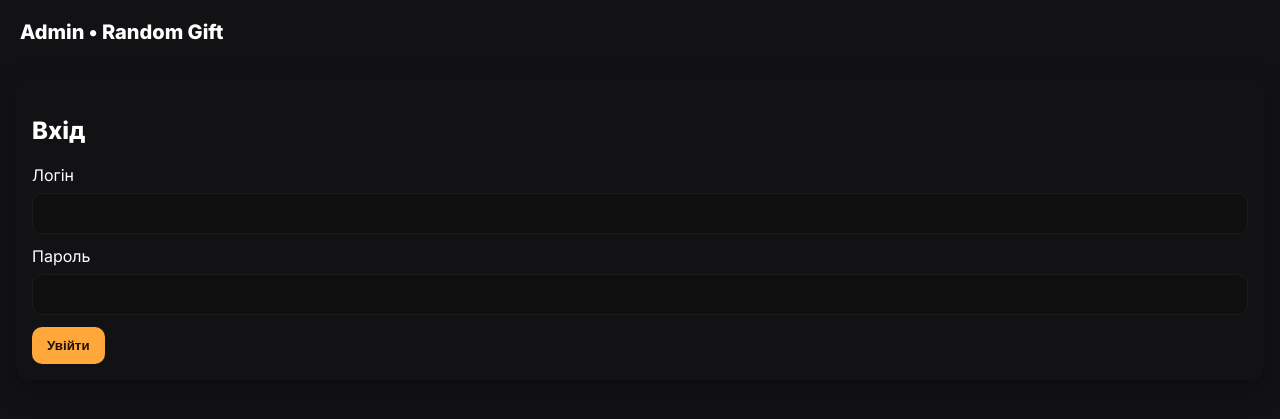
Repository: torunok/random-gift-roman
Page: docs/admin.html
An editor plug-in stored every save of this project. The page is shown before and after the next save, followed by the edit.
The browser window is 1280 px wide. The pictures show the whole page.

Above is the page before, as saved 2025-11-10 19:02:21.

### docs/admin.html
<!DOCTYPE html>
<html lang="uk">
  <head>
    <meta charset="utf-8" />
    <meta name="viewport" content="width=device-width, initial-scale=1" />
    <title>Admin • Random Gift</title>
    <link rel="preconnect" href="https://fonts.googleapis.com" />
    <link rel="preconnect" href="https://fonts.gstatic.com" crossorigin />
    <link href="https://fonts.googleapis.com/css2?family=Inter:wght@400;600;800&display=swap" rel="stylesheet" />
    <link rel="stylesheet" href="./styles.css" />
  </head>
  <body>
    <div class="admin">
      <header class="header header--admin">
        <h1>Admin • Random Gift</h1>
      </header>

      <main class="admin-main">
        <!-- Вхід -->
        <section id="loginView" class="card">
          <h2>Вхід</h2>
          <label class="field">
            <span>Логін</span>
            <input id="admUser" type="text" />
          </label>
          <label class="field">
            <span>Пароль</span>
            <input id="admPass" type="password" />
          </label>
          <div class="actions">
            <button id="btnLogin" class="btn btn-primary">Увійти</button>
          </div>
          <div id="loginMsg" class="msg"></div>
        </section>

        <!-- Панель адміністратора -->
        <section id="adminView" class="hidden">
          <div class="admin-tabs">
            <button data-tab="gifts" class="tab active">Подарунки</button>
            <button data-tab="participants" class="tab">Учасники</button>
          </div>

          <!-- Вкладка подарунків -->
          <div id="tab-gifts" class="tabpane active">
            <div class="card">
              <h2>Список подарунків</h2>
              <div class="actions">
                <button id="btnReloadGifts" class="btn btn-ghost">Оновити</button>
                <button id="btnNewGift" class="btn btn-primary">Додати</button>
              </div>
              <div class="table-wrap">
                <table class="table" id="giftsTable">
                  <thead>
                    <tr>
                      <th>ID</th>
                      <th>Назва</th>
                      <th>Активний</th>
                      <th>Дії</th>
                    </tr>
                  </thead>
                  <tbody></tbody>
                </table>
              </div>
            </div>

            <div class="card" id="giftFormWrap" style="display: none"></div>
          </div>

          <!-- Вкладка учасників -->
          <div id="tab-participants" class="tabpane">
            <div class="card">
              <h2>Учасники</h2>
              <div class="actions">
                <button id="btnReloadParticipants" class="btn btn-ghost">Оновити</button>
              </div>
              <div class="table-wrap">
                <table class="table" id="participantsTable">
                  <thead>
                    <tr>
                      <th>ID</th>
                      <th>Ім’я</th>
                      <th>Email</th>
                      <th>Дата</th>
                    </tr>
                  </thead>
                  <tbody></tbody>
                </table>
              </div>
            </div>
          </div>
        </section>
      </main>
    </div>

    <script src="./admin.js"></script>
  </body>
</html>

### docs/styles.css
:root {
    --bg: #0B0B0C;
    --fg: #FFFFFF;
    --muted: #A1A1AA;
    --accent: #FF9F2E;
    --accent-2: #6C9CFF;
    --panel: #121214;
    --border: #1E1E22;
    --panel-2: #0F0F10;

    --radius: 14px;
    --radius-sm: 10px;

    --eio: cubic-bezier(.2, .8, .2, 1);
    /* швидкий старт, сповільнення в кінці */
}

* {
    box-sizing: border-box;
}

html,
body {
    margin: 0;
    padding: 0;
    background: #121214;
    color: var(--fg);
    font-family: Inter, system-ui, -apple-system, Segoe UI, Roboto, Ubuntu, "Helvetica Neue", Arial, sans-serif;
    -webkit-font-smoothing: antialiased;
    -moz-osx-font-smoothing: grayscale;
}

a {
    color: var(--accent-2);
    text-decoration: none;
}

a:hover {
    text-decoration: underline;
}

/* ====== Layout ====== */
.header {
    padding: 20px;
    display: flex;
    justify-content: center;
}

.header h1 {
    font-size: 20px;
    font-weight: 800;
    margin: 0;
}

.header--admin {
    justify-content: flex-start;
}

.main {
    display: flex;
    justify-content: center;
    align-items: center;
    min-height: 60vh;
    padding: 20px;
}

.stage {
    width: min(980px, 94vw);
    min-height: 420px;
    border-radius: var(--radius);
    background: var(--panel);
    padding: 24px;
    position: relative;
    overflow: hidden;
    box-shadow: 0 10px 40px rgba(0, 0, 0, .35);
}

/* ====== Footer ====== */
.footer {
    padding: 20px;
    text-align: center;
    color: var(--muted);
}

/* ====== Modal ====== */
.modal {
    position: fixed;
    inset: 0;
    background: rgba(0, 0, 0, .65);
    display: flex;
    align-items: center;
    justify-content: center;
    z-index: 50;
}

.modal[aria-hidden="true"] {
    display: none;
}

.modal-content {
    background: var(--panel);
    width: min(640px, 94vw);
    padding: 24px;
    border-radius: var(--radius);
    box-shadow: 0 18px 60px rgba(0, 0, 0, .55);
    animation: scale-in .45s var(--eio) forwards;
}

/* ====== Form fields ====== */
.field {
    display: flex;
    flex-direction: column;
    gap: 8px;
    margin: 12px 0;
}

.field input,
.field textarea {
    background: var(--panel-2);
    border: 1px solid var(--border);
    color: var(--fg);
    border-radius: var(--radius-sm);
    padding: 12px;
    outline: none;
    transition: border-color .2s var(--eio), box-shadow .2s var(--eio);
}

.field input:focus,
.field textarea:focus {
    border-color: #2E2E33;
    box-shadow: 0 0 0 4px rgba(108, 156, 255, .12);
}

.check {
    display: flex;
    align-items: center;
    gap: 8px;
    margin: 12px 0;
    color: var(--muted);
}

.actions {
    display: flex;
    gap: 12px;
    margin-top: 12px;
    flex-wrap: wrap;
}

/* ====== Buttons ====== */
.btn {
    appearance: none;
    border: 1px solid transparent;
    padding: 10px 14px;
    border-radius: var(--radius-sm);
    font-weight: 700;
    cursor: pointer;
    transition: transform .12s var(--eio), box-shadow .2s var(--eio), background .2s var(--eio), border-color .2s var(--eio);
}

.btn:hover {
    transform: translateY(-1px);
}

.btn:active {
    transform: translateY(0);
}

.btn:disabled {
    opacity: .5;
    cursor: not-allowed;
}

.btn-primary {
    background: var(--accent);
    color: #1b1205;
}

.btn-primary:hover {
    box-shadow: 0 6px 18px rgba(255, 159, 46, .35);
}

.btn-ghost {
    background: transparent;
    border-color: #2a2a2d;
    color: var(--fg);
}

.btn-ghost:hover {
    border-color: #3A3A3F;
    box-shadow: 0 4px 16px rgba(0, 0, 0, .2);
}

.btn-danger {
    background: #FF5A5A;
    color: #1b0e0e;
}

.btn-danger:hover {
    box-shadow: 0 6px 18px rgba(255, 90, 90, .35);
}

/* ====== Cards & Tables ====== */
.card {
    background: var(--panel);
    padding: 16px;
    border-radius: 12px;
    box-shadow: 0 8px 30px rgba(0, 0, 0, .3);
    margin-bottom: 16px;
}

.table-wrap {
    width: 100%;
    overflow-x: auto;
}

.table {
    width: 100%;
    border-collapse: collapse;
    min-width: 640px;
}

.table th,
.table td {
    border-bottom: 1px solid var(--border);
    padding: 10px;
    text-align: left;
    white-space: nowrap;
}

.td-actions {
    display: flex;
    gap: 8px;
}

/* ====== Helpers ====== */
.hidden {
    display: none;
}

.row {
    display: flex;
    gap: 12px;
    align-items: center;
    margin: 8px 0;
    flex-wrap: wrap;
}

.center {
    display: flex;
    align-items: center;
    justify-content: center;
}

/* ====== Анімації ====== */
.fade-in {
    animation: fade-in .38s var(--eio) forwards;
}

@keyframes fade-in {
    from {
        opacity: 0
    }

    to {
        opacity: 1
    }
}

.slide-left {
    animation: slide-left .44s var(--eio) forwards;
}

@keyframes slide-left {
    from {
        opacity: 0;
        transform: translateX(-28px)
    }

    to {
        opacity: 1;
        transform: none
    }
}

.slide-right {
    animation: slide-right .44s var(--eio) forwards;
}

@keyframes slide-right {
    from {
        opacity: 0;
        transform: translateX(28px)
    }

    to {
        opacity: 1;
        transform: none
    }
}

.scale-in {
    animation: scale-in .42s var(--eio) forwards;
}

@keyframes scale-in {
    from {
        opacity: 0;
        transform: scale(.92)
    }

    to {
        opacity: 1;
        transform: scale(1)
    }
}

/* плавніше затемнення/оверлей */
.ease-slow {
    animation-timing-function: var(--eio);
}

/* ====== Спец екрани ====== */
.full-black {
    position: absolute;
    inset: 0;
    background: #000;
    display: flex;
    align-items: center;
    justify-content: center;
    color: #fff;
    font-size: 28px;
}

/* ====== Контентні блоки ====== */
.gift-wrap {
    display: flex;
    gap: 20px;
    align-items: center;
    justify-content: center;
    flex-wrap: wrap;
}

.gift-img {
    max-width: min(60vw, 480px);
    border-radius: 12px;
    box-shadow: 0 10px 40px rgba(0, 0, 0, .6);
}

.gift-desc {
    max-width: 520px;
    background: #101012;
    border: 1px solid #202026;
    padding: 16px 20px;
    border-radius: 12px;
}

/* ====== Intro ====== */
.intro {
    display: flex;
    gap: 20px;
    align-items: center;
    justify-content: center;
    flex-wrap: wrap;
}

.intro .photo {
    width: 262px;
    height: 440px;
    border-radius: 16px;
    overflow: hidden;
}

.intro .photo img {
    width: 100%;
    height: 100%;
    object-fit: cover;
}

.intro .text {
    max-width: 560px;
}

/* ====== Admin layout (responsive) ====== */
.admin-main {
    padding: 16px;
}

.admin-tabs {
    display: flex;
    gap: 8px;
    margin-bottom: 12px;
    flex-wrap: wrap;
}

.tab {
    border: 1px solid var(--border);
    background: var(--panel-2);
    color: var(--fg);
    padding: 8px 12px;
    border-radius: 10px;
    cursor: pointer;
}

.tab.active {
    background: #18181B;
    border-color: #2A2A2F;
}

.btn-group {
    display: inline-flex;
    gap: 8px;
    flex-wrap: wrap;
}

/* ====== Mobile tweaks ====== */
@media (max-width: 640px) {
    .stage {
        padding: 16px;
    }

    .header h1 {
        font-size: 18px;
    }

    .gift-img {
        max-width: 100%;
    }

    .gift-desc {
        width: 100%;
    }

    .table {
        min-width: 560px;
    }

    .row {
        gap: 8px;
    }

    .btn {
        padding: 10px 12px;
    }
}

:root {
    --bg: #0B0B0C;
    --fg: #FFFFFF;
    --muted: #999;
    --accent: #FFA73B;
    --panel: #121214;
}


* {
    box-sizing: border-box
}

html,
body {
    margin: 0;
    padding: 0;
    background: #121214;
    color: var(--fg);
    font-family: Inter, system-ui, -apple-system, Segoe UI, Roboto, Ubuntu, "Helvetica Neue", Arial, sans-serif
}


.header {
    padding: 20px;
    display: flex;
    justify-content: center
}

.header h1 {
    font-size: 20px;
    font-weight: 800;
    margin: 0
}

.header--admin {
    justify-content: flex-start
}


.main {
    display: flex;
    justify-content: center;
    align-items: center;
    min-height: 60vh;
    padding: 20px
}


/* НОВЕ: локальна обгортка для модалки над stage */
.stage-wrap {
    position: relative;
    width: 100%;
    display: flex;
    justify-content: center;
}


.stage {
    width: min(980px, 94vw);
    min-height: 420px;
    border-radius: 16px;
    background: var(--panel);
    padding: 24px;
    position: relative;
    /* зберігаємо */
    overflow: hidden
}


.footer {
    position: fixed;
    bottom: 0;
    left: 0;
    width: 100%;
    padding: 20px;
    text-align: center;
    color: var(--muted);
}


/* Модалка тепер локальна (лише над stage) */
.modal {
    position: absolute;
    /* було fixed */
    inset: 0;
    margin: auto;
    display: flex;
    align-items: center;
    justify-content: center;
    background: rgba(0, 0, 0, .7);
    z-index: 50;
}

.modal[aria-hidden="true"] {
    display: none
}


.modal-content {
    background: var(--panel);
    width: min(640px, 94vw);
    padding: 24px;
    border-radius: 16px;
    box-shadow: 0 10px 40px rgba(0, 0, 0, .5)
}


.field {
    display: flex;
    flex-direction: column;
    gap: 8px;
    margin: 12px 0
}

.field input,
.field textarea {
    background: #0f0f10;
    border: 1px solid #1c1c1e;
    color: var(--fg);
    border-radius: 10px;
    padding: 12px
}


.check {
    display: flex;
    align-items: center;
    gap: 8px;
    margin: 12px 0;
    color: var(--muted)
}


.actions {
    display: flex;
    gap: 12px;
    margin-top: 12px
}


.btn {
    appearance: none;
    border: 1px solid transparent;
    padding: 10px 14px;
    border-radius: 10px;
    font-weight: 600;
    cursor: pointer
}

.btn-primary {
    background: var(--accent);
    color: #1b1205
}

.btn-ghost {
    background: transparent;
    border-color: #2a2a2d;
    color: var(--fg)
}

.btn:disabled {
    opacity: .5;
    cursor: not-allowed
}


.card {
    background: var(--panel);
    padding: 16px;
    border-radius: 12px;
    box-shadow: 0 8px 30px rgba(0, 0, 0, .3);
    margin-bottom: 16px
}


.table {
    width: 100%;
    border-collapse: collapse
}

.table th,
.table td {
    border-bottom: 1px solid #1e1e22;
    padding: 10px;
    text-align: left
}


.hidden {
    display: none
}


.row {
    display: flex;
    gap: 12px;
    align-items: center;
    margin: 8px 0
}


/* Анімації */
.fade-in {
    animation: fade-in .5s ease forwards
}

@keyframes fade-in {
    from {
        opacity: 0
    }

    to {
        opacity: 1
    }
}

.slide-left {
    animation: slide-left .6s ease forwards
}

@keyframes slide-left {
    from {
        opacity: 0;
        transform: translateX(-30px)
    }

    to {
        opacity: 1;
        transform: none
    }
}

.slide-right {
    animation: slide-right .6s ease forwards
}

@keyframes slide-right {
    from {
        opacity: 0;
        transform: translateX(30px)
    }

    to {
        opacity: 1;
        transform: none
    }
}

.scale-in {
    animation: scale-in .5s ease forwards
}

@keyframes scale-in {
    from {
        opacity: 0;
        transform: scale(.92)
    }

    to {
        opacity: 1;
        transform: scale(1)
    }
}


/* Спец екрани */
.full-black {
    position: absolute;
    inset: 0;
    background: #000;
    display: flex;
    align-items: center;
    justify-content: center;
    color: #fff;
    font-size: 28px
}


.center {
    display: flex;
    align-items: center;
    justify-content: center
}


/* Блок подарунку */
.gift-wrap {
    display: flex;
    gap: 20px;
    align-items: center;
    justify-content: center;
    flex-wrap: wrap
}

.gift-img {
    max-width: min(60vw, 480px);
    border-radius: 12px;
    box-shadow: 0 10px 40px rgba(0, 0, 0, .6)
}

.gift-desc {
    max-width: 520px;
    background: #101012;
    border: 1px solid #202026;
    padding: 16px 20px;
    border-radius: 12px
}

### docs/admin.js
const API = () => window.API_BASE?.replace(/\/$/, '') || '';
const $   = (s, root = document) => root.querySelector(s);
const $$  = (s, root = document) => Array.from(root.querySelectorAll(s));

let token = localStorage.getItem('admToken') || '';
function setAuthHeader(h = {}) {
  if (token) h['Authorization'] = 'Bearer ' + token;
  return h;
}

/* ===================== TABS ===================== */
$$('.tab').forEach(btn => {
  btn.addEventListener('click', () => {
    $$('.tab').forEach(b => b.classList.remove('active'));
    btn.classList.add('active');
    $$('.tabpane').forEach(p => p.classList.remove('active'));
    $('#tab-' + btn.dataset.tab).classList.add('active');
  });
});

/* ===================== LOGIN ===================== */
$('#btnLogin')?.addEventListener('click', async () => {
  const username = $('#admUser').value.trim();
  const password = $('#admPass').value.trim();

  const r = await fetch(API() + '/api/admin/login', {
    method: 'POST',
    headers: { 'Content-Type': 'application/json' },
    body: JSON.stringify({ username, password })
  });

  if (r.ok) {
    const j = await r.json();
    token = j.token;
    localStorage.setItem('admToken', token);
    $('#loginView').classList.add('hidden');
    $('#adminView').classList.remove('hidden');
    loadGifts();
    loadAssigns();
  } else {
    $('#loginMsg').textContent = 'Невірні дані';
  }
});

/* ===================== GIFTS CRUD ===================== */
$('#btnReloadGifts')?.addEventListener('click', loadGifts);
$('#btnNewGift')?.addEventListener('click', () => openGiftForm());
$('#btnCancelGift')?.addEventListener('click', () => { $('#giftFormWrap').style.display = 'none'; });
$('#btnSaveGift')?.addEventListener('click', saveGift);

let editGiftId = null;

async function loadGifts() {
  const r = await fetch(API() + '/api/admin/gifts', { headers: setAuthHeader() });
  const j = await r.json();

  const tbody = $('#giftsTable tbody');
  tbody.innerHTML = '';

  (j.items || []).forEach(g => {
    const tr = document.createElement('tr');
    tr.innerHTML = `
      <td>${g.id}</td>
      <td>${escapeHtml(g.title)}</td>
      <td>${g.active ? '✅' : '⛔'}</td>
      <td>
        <div class="btn-group td-actions">
          <button class="btn btn-ghost" data-act="edit" data-id="${g.id}">Редагувати</button>
          <button class="btn btn-ghost" data-act="del"  data-id="${g.id}">Видалити</button>
        </div>
      </td>
    `;
    tbody.appendChild(tr);
  });

  // Делегований обробник
  tbody.onclick = async (e) => {
    const b = e.target.closest('button');
    if (!b) return;
    const id = Number(b.dataset.id);

    if (b.dataset.act === 'edit') {
      const one = await fetch(API() + `/api/admin/gifts?id=${id}`, { headers: setAuthHeader() }).then(r => r.json());
      openGiftForm(one.item);
    } else if (b.dataset.act === 'del') {
      if (confirm('Видалити подарунок?')) {
        await fetch(API() + `/api/admin/gifts?id=${id}`, {
          method: 'DELETE',
          headers: setAuthHeader()
        });
        loadGifts();
      }
    }
  };
}

function openGiftForm(item) {
  editGiftId = item?.id || null;
  $('#giftFormTitle').textContent = editGiftId ? 'Редагувати подарунок' : 'Новий подарунок';
  $('#giftTitle').value = item?.title || '';
  $('#giftDesc').value  = item?.description || '';
  $('#giftImg').value   = item?.imageUrl || '';
  $('#giftActive').checked = item ? !!item.active : true;
  $('#giftFormWrap').style.display = 'block';
  refreshPreview();
}

async function saveGift() {
  const payload = {
    title: $('#giftTitle').value.trim(),
    description: $('#giftDesc').value.trim(),
    imageUrl: $('#giftImg').value.trim(),
    active: $('#giftActive').checked ? 1 : 0
  };

  if (!payload.title) {
    alert('Назва обов’язкова');
    return;
  }

  if (editGiftId) {
    await fetch(API() + `/api/admin/gifts?id=${editGiftId}`, {
      method: 'PUT',
      headers: setAuthHeader({ 'Content-Type': 'application/json' }),
      body: JSON.stringify(payload)
    });
  } else {
    await fetch(API() + '/api/admin/gifts', {
      method: 'POST',
      headers: setAuthHeader({ 'Content-Type': 'application/json' }),
      body: JSON.stringify(payload)
    });
  }

  $('#giftFormWrap').style.display = 'none';
  loadGifts();
}

/* ===================== PARTICIPANTS (ASSIGNMENTS) ===================== */
$('#btnReloadAssign')?.addEventListener('click', loadAssigns);
$('#searchAssign')?.addEventListener('keypress', (e) => { if (e.key === 'Enter') loadAssigns(); });

async function loadAssigns() {
  const q = $('#searchAssign').value.trim();
  const url = new URL(API() + '/api/admin/assignments');
  if (q) url.searchParams.set('q', q);

  const r = await fetch(url.toString(), { headers: setAuthHeader() });
  const j = await r.json();

  const tbody = $('#assignTable tbody');
  tbody.innerHTML = '';

  (j.items || []).forEach(a => {
    const tr = document.createElement('tr');
    tr.innerHTML = `
      <td>${a.id}</td>
      <td>${escapeHtml(a.name || '')}</td>
      <td>${escapeHtml(a.telegram || '')}</td>
      <td>${a.giftId}</td>
      <td>${a.createdAt}</td>
      <td>
        <div class="btn-group td-actions">
          <button class="btn btn-ghost" data-id="${a.id}">Видалити</button>
        </div>
      </td>
    `;
    tbody.appendChild(tr);
  });

  tbody.onclick = async (e) => {
    const b = e.target.closest('button');
    if (!b) return;
    const id = Number(b.dataset.id);
    if (confirm('Видалити призначення?')) {
      await fetch(API() + `/api/admin/assignments?id=${id}`, {
        method: 'DELETE',
        headers: setAuthHeader()
      });
      loadAssigns();
    }
  };
}

/* ===================== UPLOAD & PREVIEW ===================== */
$('#giftImg')?.addEventListener('input', refreshPreview);

function refreshPreview() {
  const u   = $('#giftImg').value.trim();
  const img = $('#giftPreview');
  if (!img) return;

  if (u) {
    img.src = u.startsWith('http') ? u : (API() + u);
    img.style.display = 'block';
  } else {
    img.removeAttribute('src');
    img.style.display = 'none';
  }
}

$('#btnUploadImage')?.addEventListener('click', async () => {
  const fileInput = $('#giftFile');
  const urlInput  = $('#giftImg');
  const preview   = $('#giftPreview');
  const hint      = $('#uploadHint');

  if (!fileInput || !fileInput.files || !fileInput.files[0]) {
    alert('Оберіть файл зображення');
    return;
  }

  const file = fileInput.files[0];
  const btn  = $('#btnUploadImage');
  const oldText = btn.textContent;

  btn.disabled = true;
  btn.textContent = 'Завантаження...';
  if (hint) hint.textContent = 'Завантаження на сервер...';

  try {
    const res = await apiUpload(file); // { url, key }
    urlInput.value = res.url;          // /img/gifts/....webp
    const src = res.url.startsWith('http') ? res.url : (API() + res.url);
    preview.src = src;
    preview.style.display = 'block';
    if (hint) hint.textContent = 'Фото завантажено ✅ URL підставлено';
  } catch (e) {
    alert('Помилка аплоаду: ' + e.message);
    if (hint) hint.textContent = 'Помилка аплоаду';
  } finally {
    btn.disabled = false;
    btn.textContent = oldText;
  }
});

async function apiUpload(file) {
  const fd = new FormData();
  fd.append('file', file);

  const res  = await fetch(API() + '/api/admin/upload', {
    method: 'POST',
    headers: setAuthHeader(), // Authorization Bearer
    body: fd
  });
  const text = await res.text();

  if (!res.ok) {
    let msg = text;
    try {
      const j = JSON.parse(text);
      msg = j.error || text;
    } catch {}
    throw new Error(`Upload failed (${res.status}): ${msg}`);
  }

  return JSON.parse(text); // { url, key }
}

/* ===================== HELPERS ===================== */
function escapeHtml(str = '') {
  return str.replace(/[&<>"]+/g, s => ({
    '&': '&amp;',
    '<': '&lt;',
    '>': '&gt;',
    '"': '&quot;'
  }[s]));
}

/* ===================== AUTO LOGIN RESUME ===================== */
if (token) {
  $('#loginView').classList.add('hidden');
  $('#adminView').classList.remove('hidden');
  loadGifts();
  loadAssigns();
}

After the next save:
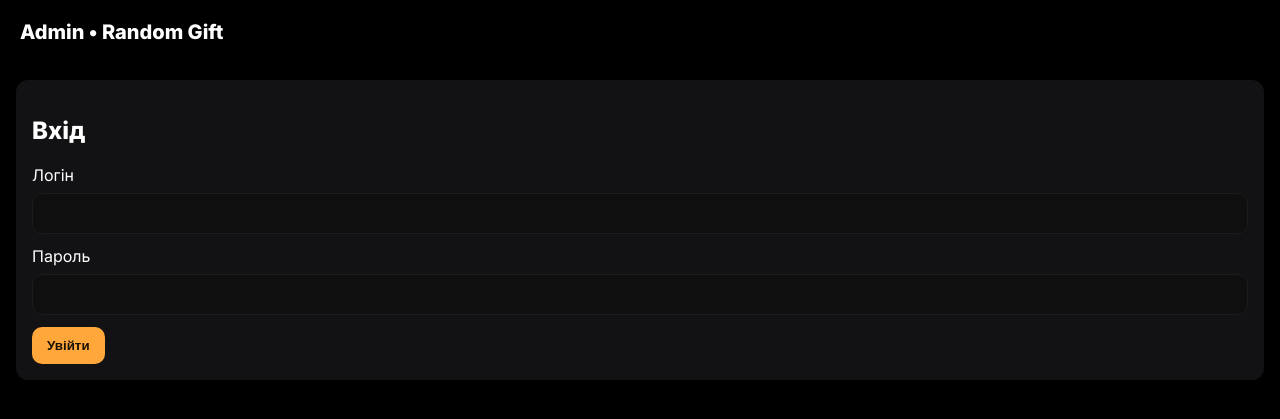
Saved 6 min 22 s later.
--- a/docs/styles.css
+++ b/docs/styles.css
@@ -460,7 +460,7 @@ html,
 body {
     margin: 0;
     padding: 0;
-    background: #121214;
+    background: #000000;
     color: var(--fg);
     font-family: Inter, system-ui, -apple-system, Segoe UI, Roboto, Ubuntu, "Helvetica Neue", Arial, sans-serif
 }
